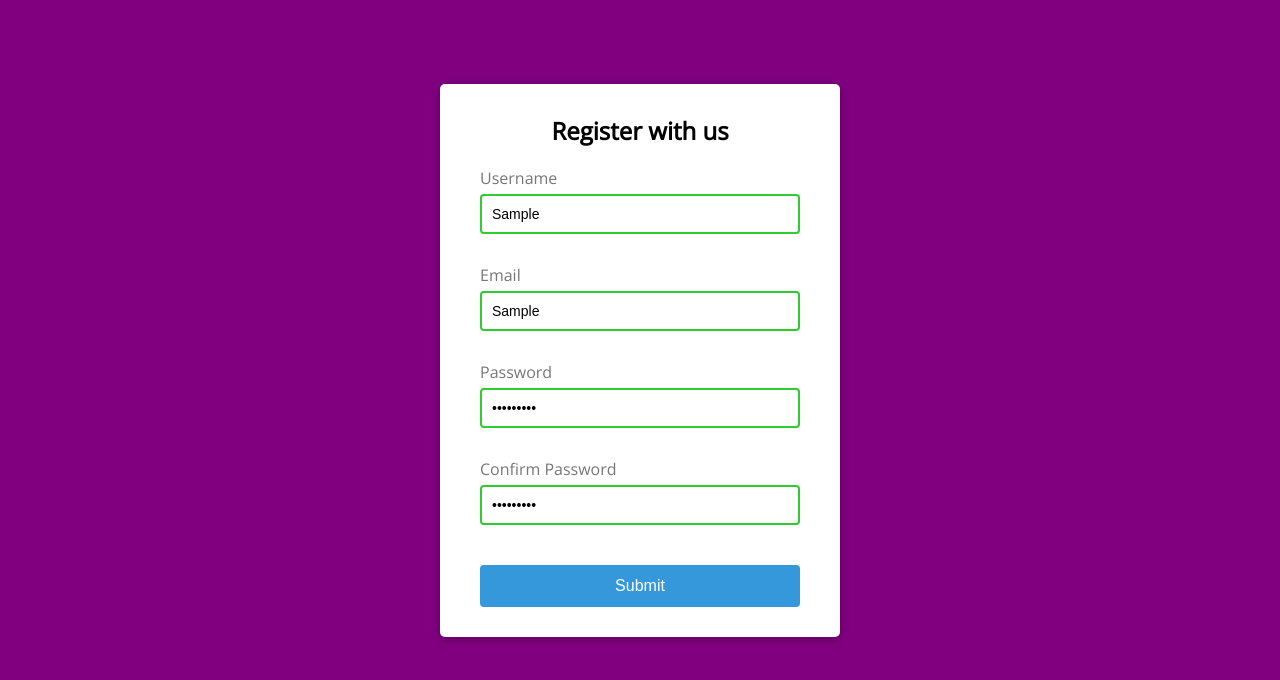
Repository: Azariagmt/Vanilla-javascript
Page: Form-Validator/index.html
The author's editor kept a copy of each file at every save. The page is drawn from the files as they stood at one save, then again after the next save.
The browser window is 1280 px wide. The pictures show the whole page.
Empty fields were first filled with sample values (such as "Sample", 5 or name@example.com).
After loading, the first visible `#form` was submitted once.

Above is the page before, as saved 2020-04-21 12:41:00.

After the next save:
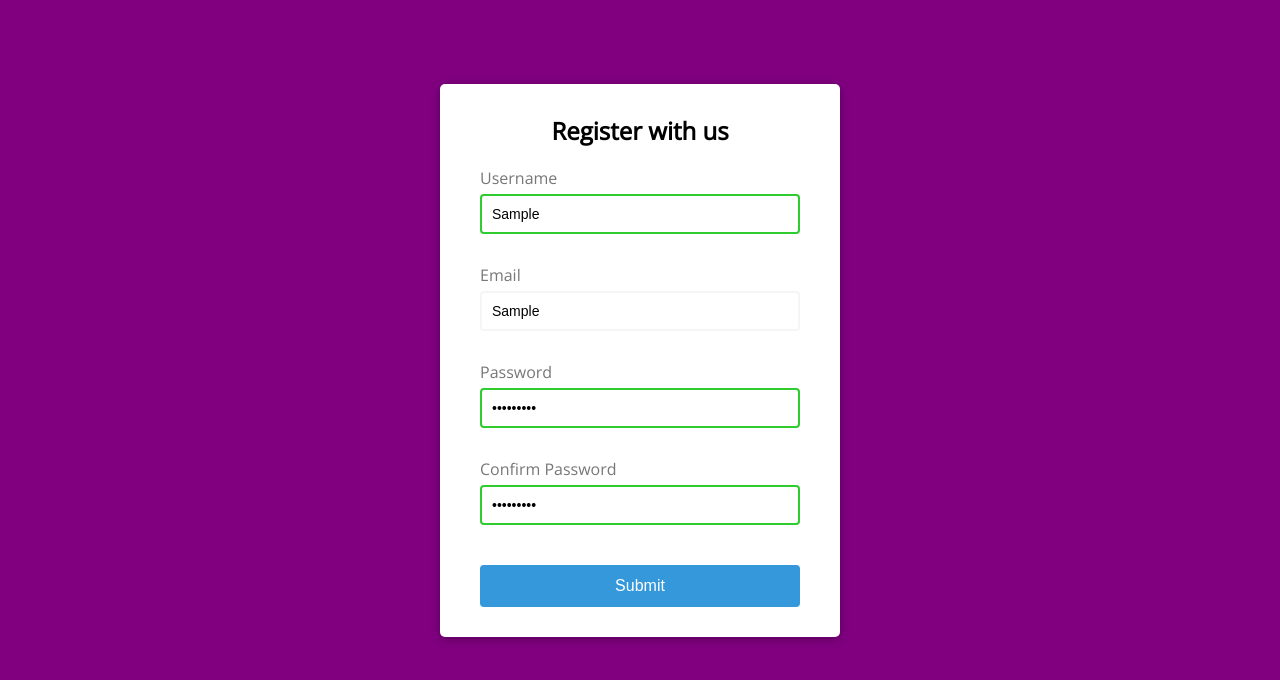
Saved 8 s later.
--- a/Form-Validator/script.js
+++ b/Form-Validator/script.js
@@ -34,7 +34,7 @@ form.addEventListener('submit', function(e){
 
     if(email.value === ''){
         showError(email,'email is required');
-    }else if(validateEmail(email)){
+    }else if(!validateEmail(email)){
 
     }else{
         showSuccess(email);
